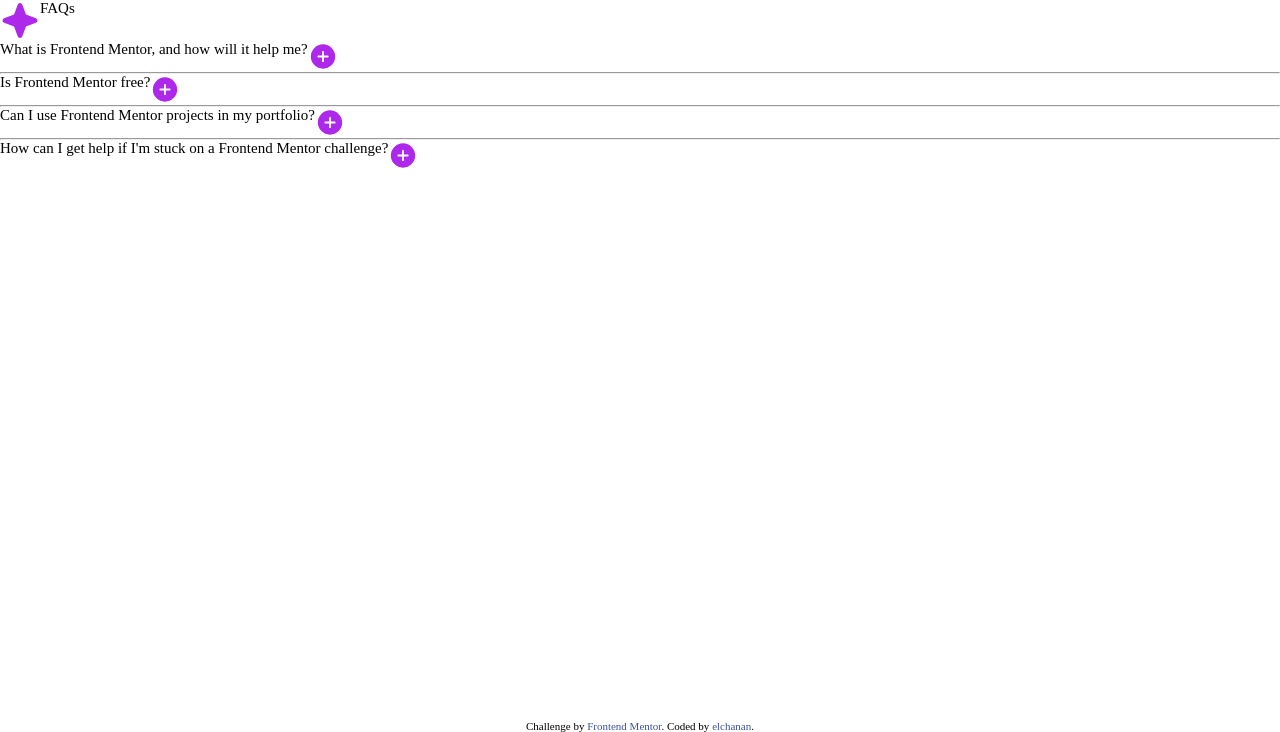
Repository: elchananChen/frontend-mentor-projects
Page: 2024/10/faQs/index.html
These files come from the project's save history. The page is drawn as it stood at one moment and after the next save; the edit follows.
The browser window is 1280 px wide. The pictures show the whole page.

Above is the page before, as saved 2024-10-13 05:40:02.

### 2024/10/faQs/index.html
<!DOCTYPE html>
<html lang="en">
  <head>
    <meta charset="UTF-8" />
    <meta name="viewport" content="width=device-width, initial-scale=1.0" />

    <link
      rel="icon"
      type="image/png"
      sizes="32x32"
      href="./assets/images/favicon-32x32.png"
    />

    <title>Frontend Mentor | FAQ accordion</title>

    <style>
      .attribution {
        font-size: 11px;
        text-align: center;
      }
      .attribution a {
        color: hsl(228, 45%, 44%);
      }
    </style>
    <link rel="stylesheet" href="./style.css" />
  </head>
  <body>
    <article>
      <div class="card">
        <header>
          <div class="flex">
            <div><img src="./assets/images/icon-star.svg" alt="" /></div>
            <h1>FAQs</h1>
          </div>
        </header>
        <main>
          <div class="flex">
            <h3>What is Frontend Mentor, and how will it help me?</h3>
            <div><img src="./assets/images/icon-plus.svg" alt="" /></div>
          </div>
          <p class="hidden">
            Frontend Mentor offers realistic coding challenges to help
            developers improve their frontend coding skills with projects in
            HTML, CSS, and JavaScript. It's suitable for all levels and ideal
            for portfolio building.
          </p>
          <hr />
          <div class="flex">
            <h3>Is Frontend Mentor free?</h3>
            <div><img src="./assets/images/icon-plus.svg" alt="" /></div>
          </div>
          <p class="hidden">
            Yes, Frontend Mentor offers both free and premium coding challenges,
            with the free option providing access to a range of projects
            suitable for all skill levels.
          </p>
          <hr />
          <div class="flex">
            <h3>Can I use Frontend Mentor projects in my portfolio?</h3>
            <div><img src="./assets/images/icon-plus.svg" alt="" /></div>
          </div>
          <p class="hidden">
            Yes, you can use projects completed on Frontend Mentor in your
            portfolio. It's an excellent way to showcase your skills to
            potential employers!
          </p>
          <hr />
          <div class="flex">
            <h3>
              How can I get help if I'm stuck on a Frontend Mentor challenge?
            </h3>
            <div><img src="./assets/images/icon-plus.svg" alt="" /></div>
          </div>
          <p class="hidden">
            The best place to get help is inside Frontend Mentor's Discord
            community. There's a help channel where you can ask questions and
            seek support from other community members.
          </p>
        </main>
      </div>
    </article>
    <div class="attribution">
      Challenge by
      <a href="https://www.frontendmentor.io?ref=challenge" target="_blank"
        >Frontend Mentor</a
      >. Coded by <a href="#">elchanan</a>.
    </div>
  </body>
</html>

### 2024/10/faQs/style.css
@import url("./css/reset.css");
@import url("./css/varieble.css");
@import url("./css/fonts.css");
@import url("./css/utilities.css");

article {
  min-height: 100vh;
  width: 100%;
}
.card {
  /* min-height: 100vh; */
  width: 100%;
  height: 200px;
  /* background: -moz-linear-gradient(left, blue 75%, white 25%); */
  background: linear-gradient(
    180deg,
    red 20%,
    orange 20% 100%%,
    yellow 40% 60%,
    green 60% 80%,
    blue 80%
  );
  /* background: linear-gradient(to top, blue 25%, white 25%, red 50%); */
}
header {
}

### 2024/10/faQs/css/reset.css
* {
  box-sizing: border-box;
  margin: 0;
  padding: 0;
}
html {
  font-family: "overpass-Regular";
}
html,
body {
  min-height: 100vh;
  width: 100%;
  font-size: 15px;
}

img {
  display: block;
  max-width: 100%;
}
h1,
h2,
h3,
h4,
h5,
h6 {
  font-size: 1rem;
  font-weight: normal;
}
button {
  border: 0px;
}

ul,
ol {
  padding-left: 0.5rem;
}
a {
  text-decoration: none;
  color: inherit;
}

### 2024/10/faQs/css/utilities.css
.flex {
  display: flex;
}
.hidden {
  display: none;
}

Loaded but not shown: 2024/10/faQs/css/fonts.css (no copy from this time; the picture is the same without it); 2024/10/faQs/css/varieble.css (no stored copy; drawn as an empty file)

After the next save:
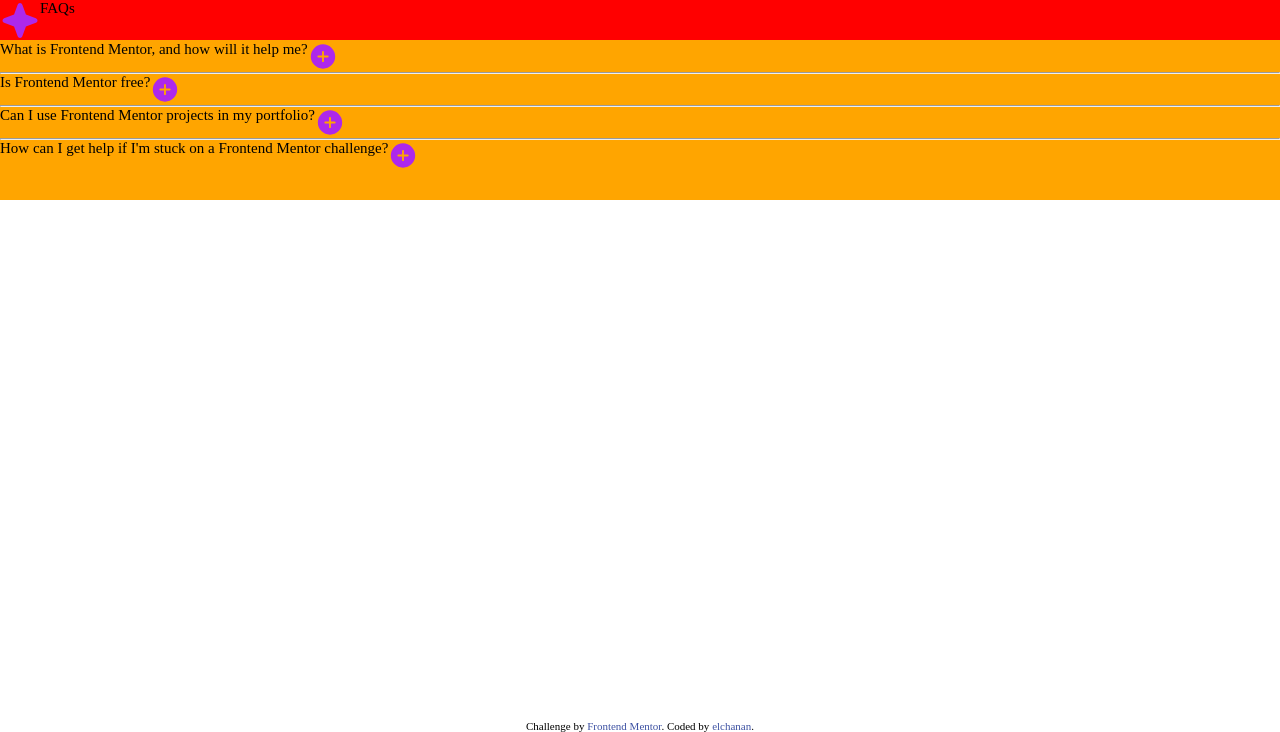
Saved 5 s later.
--- a/2024/10/faQs/style.css
+++ b/2024/10/faQs/style.css
@@ -15,7 +15,7 @@
   background: linear-gradient(
     180deg,
     red 20%,
-    orange 20% 100%%,
+    orange 20% 100%,
     yellow 40% 60%,
     green 60% 80%,
     blue 80%

After the save that followed:
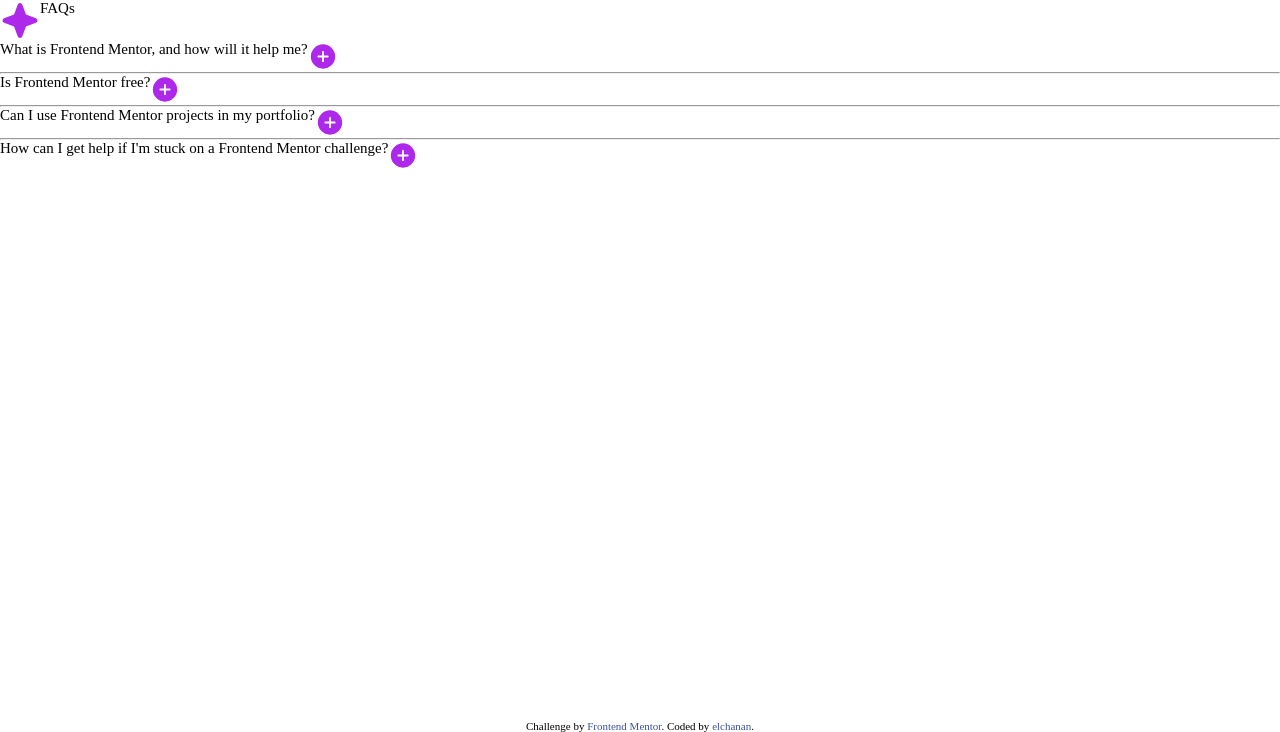
Saved 31 s later.
--- a/2024/10/faQs/style.css
+++ b/2024/10/faQs/style.css
@@ -15,10 +15,7 @@
   background: linear-gradient(
     180deg,
     red 20%,
-    orange 20% 100%,
-    yellow 40% 60%,
-    green 60% 80%,
-    blue 80%
+    var(--color-Dark-purple) 20% 100%
   );
   /* background: linear-gradient(to top, blue 25%, white 25%, red 50%); */
 }
